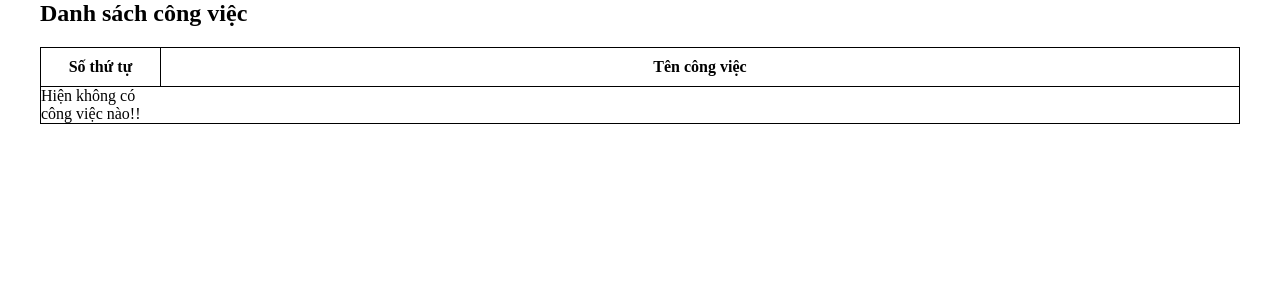
Repository: OkazakiTruong/searchReact
Page: /
These files come from the project's save history. The page is drawn as it stood at one moment and after the next save; the edit follows.
The browser window is 1280 px wide. The pictures show the whole page.
The page's requests for data from a server got no answer. The project was rebuilt for these pictures with package versions that can differ from the ones it lists, and the page was loaded fresh each time. No one was signed in, and anything a server would have sent is missing. Also part of the build but not shown: vite.config.js.

Above is the page before, as saved 2024-01-11 13:57:41.

After the next save:
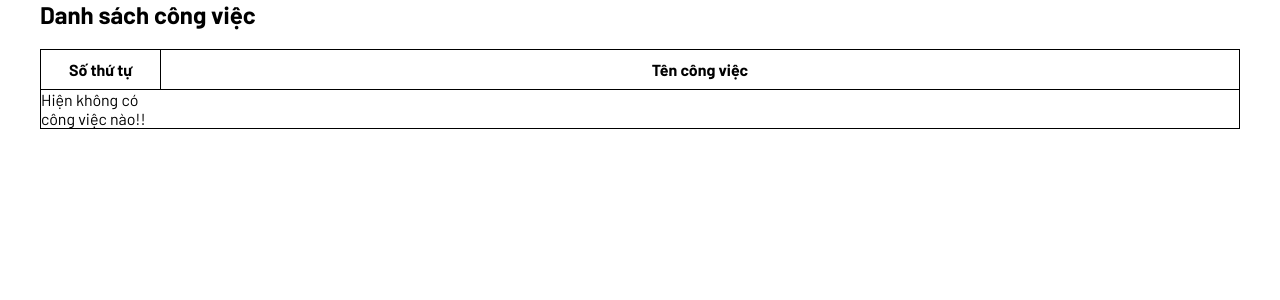
Saved 13 s later.
--- a/src/index.css
+++ b/src/index.css
@@ -8,6 +8,10 @@
   box-sizing: border-box;
 }
 
+body {
+  font-family: "Barlow", sans-serif;
+}
+
 .app {
   max-width: 1250px;
   padding: 0 25px;
